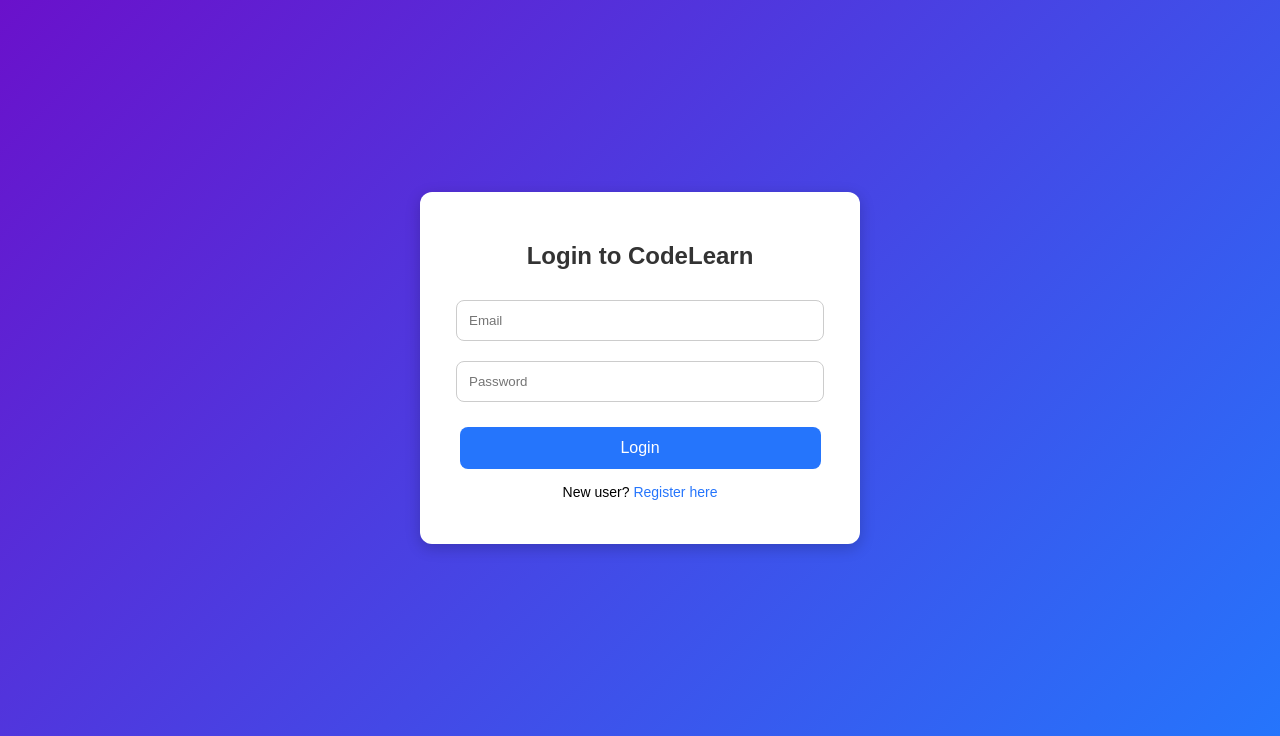
Repository: Aditisoni26/codeLearn
Page: index.html
These files come from the project's save history. The page is drawn as it stood at one moment and after the next save; the edit follows.
The browser window is 1280 px wide. The pictures show the whole page.

Above is the page before, as saved 2025-10-27 18:57:05.

### index.html
<!DOCTYPE html>
<html lang="en">

<head>
    <meta charset="UTF-8" />
    <meta name="viewport" content="width=device-width, initial-scale=1.0" />
    <title>CodeLearn - Login/Register</title>
    <style>
        body {
            font-family: 'Poppins', sans-serif;
            background: linear-gradient(135deg, #6a11cb 0%, #2575fc 100%);
            height: 100vh;
            display: flex;
            justify-content: center;
            align-items: center;
        }

        .container {
            background: #fff;
            width: 380px;
            padding: 30px;
            border-radius: 12px;
            box-shadow: 0 4px 15px rgba(0, 0, 0, 0.2);
            text-align: center;
            transition: 0.3s ease;
        }

        h2 {
            margin-bottom: 20px;
            color: #333;
        }

        input {
            width: 90%;
            padding: 12px;
            margin: 10px 0;
            border-radius: 8px;
            border: 1px solid #ccc;
            outline: none;
        }

        button {
            width: 95%;
            padding: 12px;
            margin-top: 15px;
            background: #2575fc;
            border: none;
            color: white;
            font-size: 16px;
            border-radius: 8px;
            cursor: pointer;
            transition: 0.3s;
        }

        button:hover {
            background: #1a5edb;
        }

        .switch {
            margin-top: 15px;
            font-size: 14px;
        }

        .switch a {
            color: #2575fc;
            cursor: pointer;
            text-decoration: none;
        }

        .message {
            margin-top: 10px;
            font-size: 14px;
            color: red;
        }
    </style>
</head>

<body>

    <div class="container" id="form-container">
        <!-- Login Form -->
        <div id="login-form">
            <h2>Login to CodeLearn</h2>
            <input type="email" id="login-email" placeholder="Email" required />
            <input type="password" id="login-password" placeholder="Password" required />
            <button onclick="login()">Login</button>
            <p class="switch">New user? <a onclick="showRegister()">Register here</a></p>
            <p id="login-msg" class="message"></p>
        </div>

        <!-- Register Form -->
        <div id="register-form" style="display: none;">
            <h2>Create Account</h2>
            <input type="text" id="reg-name" placeholder="Full Name" required />
            <input type="email" id="reg-email" placeholder="Email" required />
            <input type="password" id="reg-password" placeholder="Password" required />
            <button onclick="register()">Register</button>
            <p class="switch">Already have an account? <a onclick="showLogin()">Login here</a></p>
            <p id="register-msg" class="message"></p>
        </div>
    </div>

    <script>
        function showRegister() {
            document.getElementById("login-form").style.display = "none";
            document.getElementById("register-form").style.display = "block";
        }

        function showLogin() {
            document.getElementById("register-form").style.display = "none";
            document.getElementById("login-form").style.display = "block";
        }

        function register() {
            const name = document.getElementById("reg-name").value.trim();
            const email = document.getElementById("reg-email").value.trim();
            const password = document.getElementById("reg-password").value.trim();
            const msg = document.getElementById("register-msg");

            if (!name || !email || !password) {
                msg.textContent = "Please fill all fields.";
                return;
            }

            const users = JSON.parse(localStorage.getItem("users")) || [];
            const userExists = users.find(u => u.email === email);

            if (userExists) {
                msg.textContent = "User already exists!";
            } else {
                users.push({
                    name,
                    email,
                    password
                });
                localStorage.setItem("users", JSON.stringify(users));
                msg.style.color = "green";
                msg.textContent = "Registration successful! Please login.";
                setTimeout(showLogin, 1500);
            }
        }

        function login() {
            const email = document.getElementById("login-email").value.trim();
            const password = document.getElementById("login-password").value.trim();
            const msg = document.getElementById("login-msg");

            const users = JSON.parse(localStorage.getItem("users")) || [];
            const validUser = users.find(u => u.email === email && u.password === password);

            if (validUser) {
                localStorage.setItem("user", JSON.stringify(validUser)); // ✅ consistent
                msg.style.color = "green";
                msg.textContent = "Login successful! Redirecting...";
                setTimeout(() => window.location.href = "home.html", 1000);
            } else {
                msg.style.color = "red";
                msg.textContent = "Invalid credentials!";
            }
        }
    </script>


</body>

</html>

After the next save:
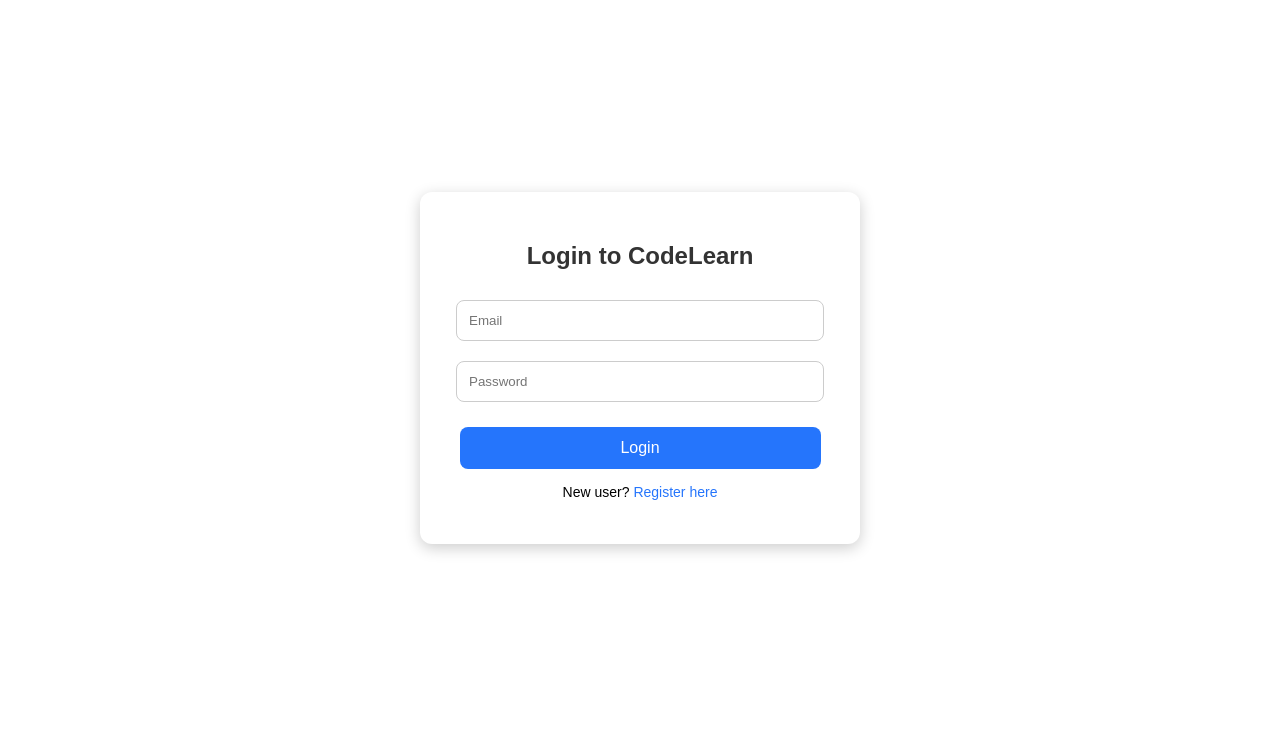
Saved 59 s later.
--- a/index.html
+++ b/index.html
@@ -8,7 +8,7 @@
     <style>
         body {
             font-family: 'Poppins', sans-serif;
-            background: linear-gradient(135deg, #6a11cb 0%, #2575fc 100%);
+            background: white;
             height: 100vh;
             display: flex;
             justify-content: center;
